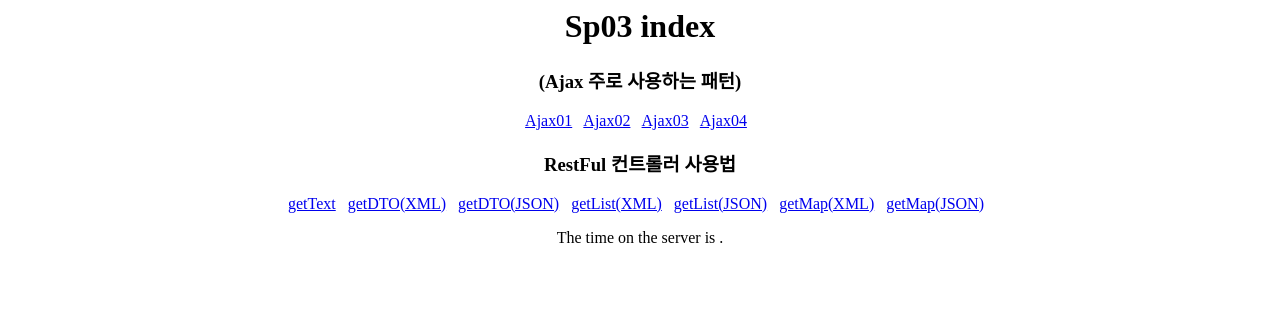
Repository: betweenhj702/Spring-practice-in-bit
Page: http://localhost/Sp03/WEB-INF/views/index.jsp
The author's editor kept a copy of each file at every save. The page is drawn from the files as they stood at one save, then again after the next save.
The browser window is 1280 px wide. The pictures show the whole page.
The page is served by Tomcat 9. Nobody is signed in. Other server files are loaded and not shown. The template is opened directly, without the code that normally fills it, so the values that code supplies are empty.

Above is the page before, as saved 2021-01-25 07:28:27.

### workspace/Sp03/src/main/webapp/WEB-INF/views/index.jsp
<%@ taglib uri="http://java.sun.com/jsp/jstl/core" prefix="c" %>
<%@ page contentType="text/html; charset=utf-8" %>
<html>
<head>
	<title>Home</title>
</head>
<body>
<div style="text-align:center">
		   <h1>Sp03 index </h1>
		   <h3>(Ajax 주로 사용하는 패턴)</h3>
		   <p>
		   		<a href="ajax/test01.do">Ajax01</a>&nbsp;&nbsp;
		   		<a href="ajax/test02.do">Ajax02</a>&nbsp;&nbsp;
		   		<a href="ajax/test03.do">Ajax03</a>&nbsp;&nbsp;
		   		<a href="ajax/test04.do">Ajax04</a>&nbsp;&nbsp;
		   </p>
		   <p>
		   		<h3>RestFul 컨트롤러 사용법</h3>
		   		<a href="rest/getText">getText</a>&nbsp;&nbsp;
		   		<a href="rest/getAddress">getDTO(XML)</a>&nbsp;&nbsp;
		   		<a href="rest/getAddress.json">getDTO(JSON)</a>&nbsp;&nbsp;
		   		<a href="rest/getList">getList(XML)</a>&nbsp;&nbsp;
		   		<a href="rest/getList.json">getList(JSON)</a>&nbsp;&nbsp;
		   		<a href="rest/getMap">getMap(XML)</a>&nbsp;&nbsp;
		   		<a href="rest/getMap.json">getMap(JSON)</a>&nbsp;&nbsp;
		   </p>
		   <p>

		   </p>
		   <P>  The time on the server is ${serverTime}. </P>
</div>



</body>
</html>

After the next save:
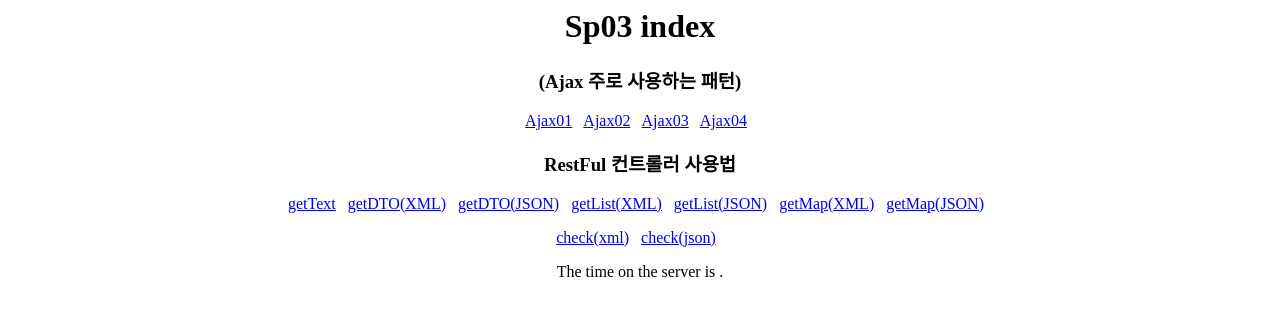
Saved 17 min 52 s later.
--- a/workspace/Sp03/src/main/webapp/WEB-INF/views/index.jsp
+++ b/workspace/Sp03/src/main/webapp/WEB-INF/views/index.jsp
@@ -25,7 +25,8 @@
 		   		<a href="rest/getMap.json">getMap(JSON)</a>&nbsp;&nbsp;
 		   </p>
 		   <p>
-
+		   		<a href="rest/check?height=170&weight=70">check(xml)</a>&nbsp;&nbsp;
+		   		<a href="rest/check.json?height=1500&weight=45">check(json)</a>&nbsp;&nbsp;
 		   </p>
 		   <P>  The time on the server is ${serverTime}. </P>
 </div>
